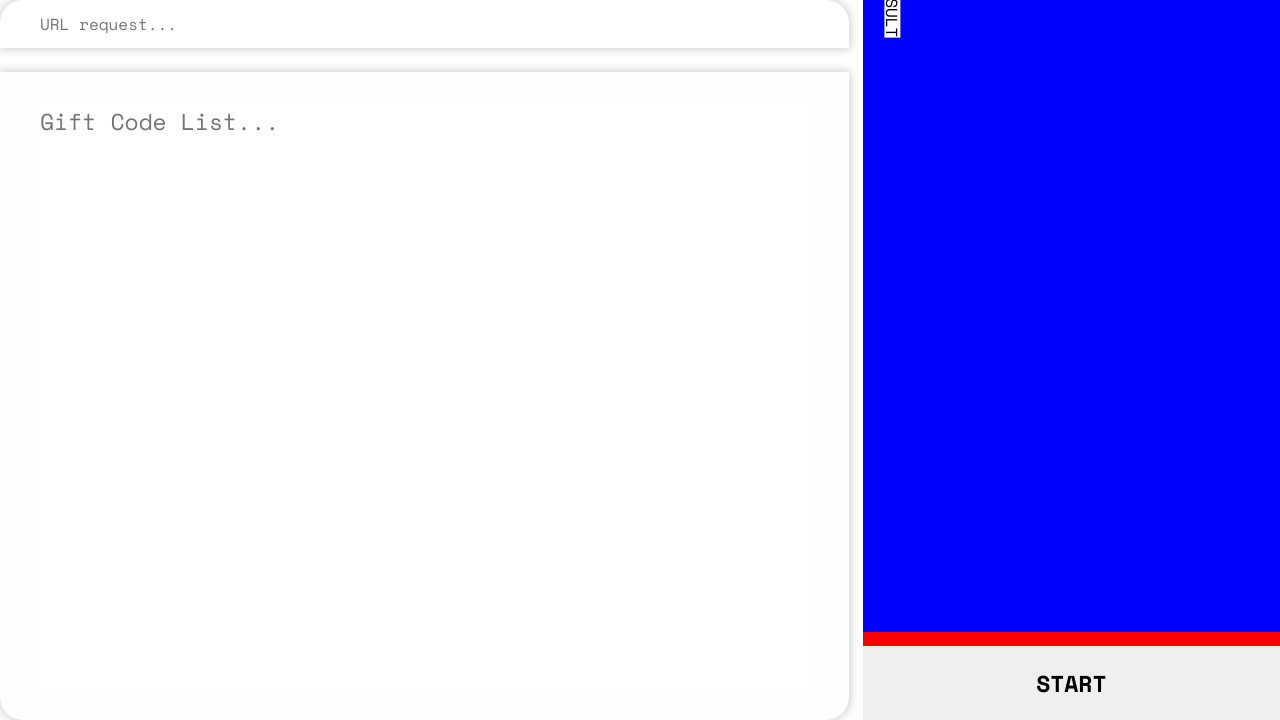
Repository: 777hanh777hanh/test
Page: index.html
An editor plug-in stored every save of this project. The page is shown before and after the next save, followed by the edit.
The browser window is 1280 px wide. The pictures show the whole page.

Above is the page before, as saved 2023-06-30 17:44:07.

After the next save:
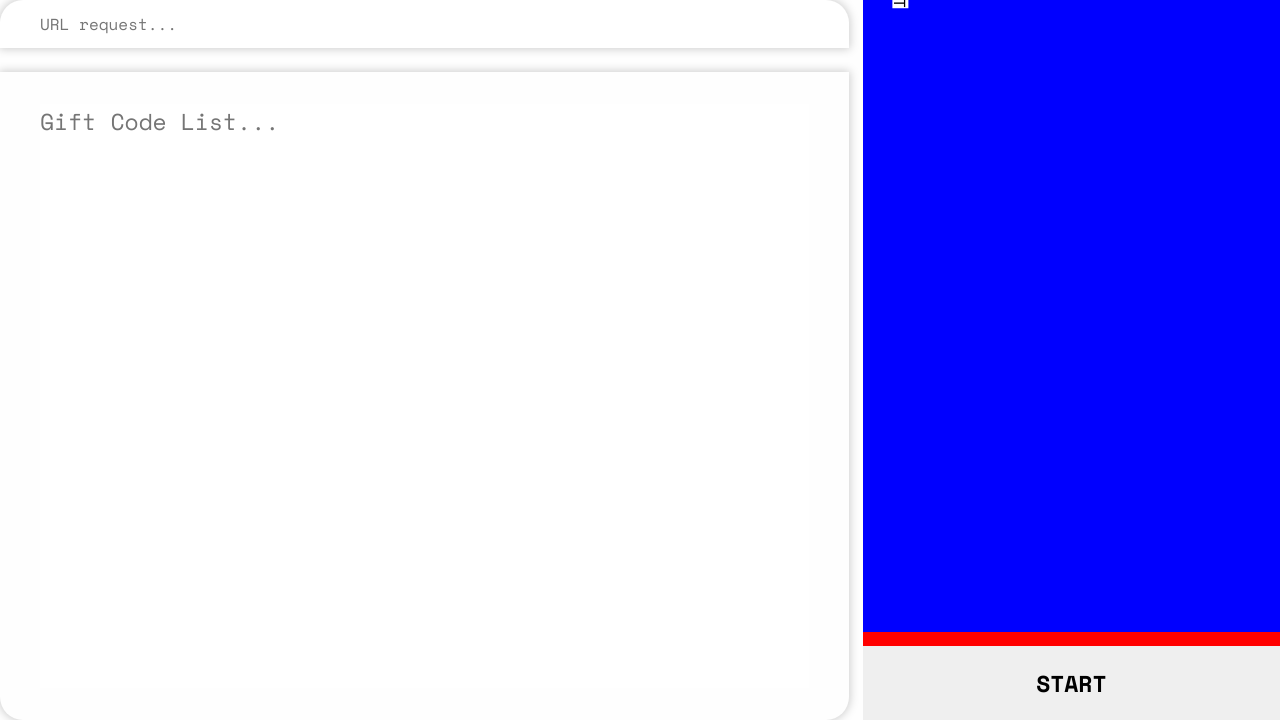
Saved 15 s later.
--- a/assets/css/style.css
+++ b/assets/css/style.css
@@ -100,7 +100,7 @@ html *::-webkit-scrollbar-track {
     content: 'Result';
     text-transform: uppercase;
     background: #fff;
-    transform: rotate(90deg);
+    transform: rotate(90deg) translate(-50%, -50%);
     overflow: visible;
 }
 
